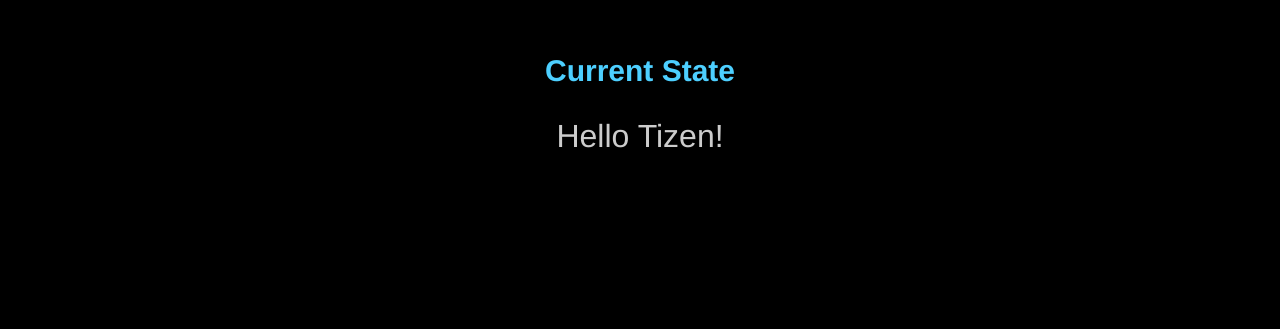
Repository: vikas344041/DemoTizen
Page: Demo/SecondPage.html
An editor plug-in stored every save of this project. The page is shown before and after the next save, followed by the edit.
The browser window is 1280 px wide. The pictures show the whole page.

Above is the page before, as saved 2018-01-31 18:30:09.

After the next save:
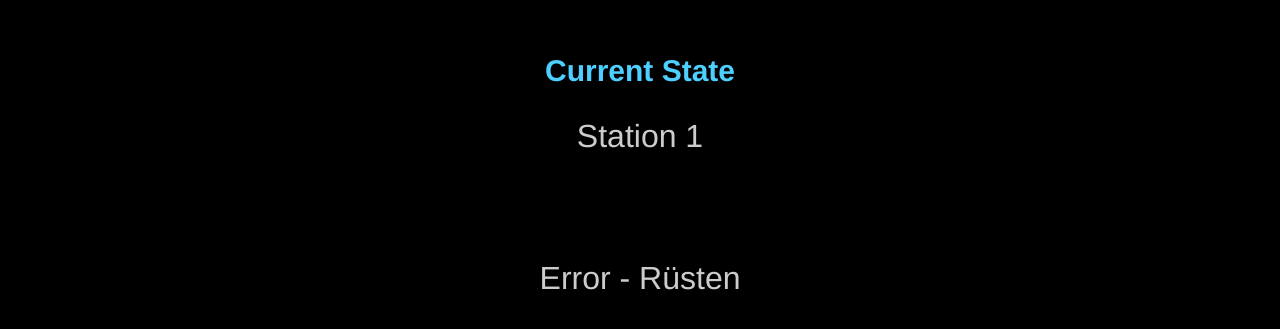
Saved 2 min 58 s later.
--- a/Demo/SecondPage.html
+++ b/Demo/SecondPage.html
@@ -12,7 +12,10 @@
             <h2 class="ui-title">Current State</h2>
          </header>
          <div id="secondContent" class="ui-content">
-            Hello Tizen!
+            Station 1
+         </div>
+         <div id="secondContent" class="ui-content">
+            Error - Rüsten
          </div>
       </div>
       <script type="text/javascript" src="lib/tau/wearable/js/tau.min.js"></script>
